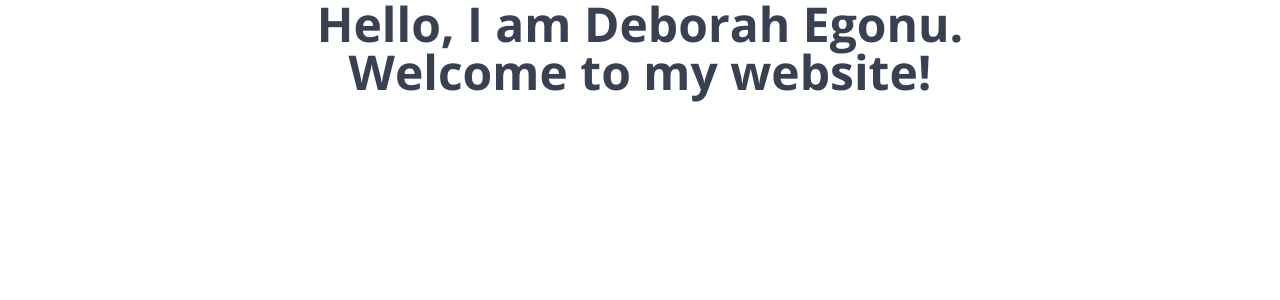
Repository: latenightsnacc/codewithdeb
Page: index.html
The author's editor kept a copy of each file at every save. The page is drawn from the files as they stood at one save, then again after the next save.
The browser window is 1280 px wide. The pictures show the whole page.

Above is the page before, as saved 2021-06-07 10:27:28.

### index.html
<!DOCTYPE html>
<html lang="en">
<head>
    <meta charset="UTF-8">
    <meta http-equiv="X-UA-Compatible" content="IE=edge">
    <meta name="viewport" content="width=device-width, initial-scale=1.0">
    <!--TAILWIND CDN-->
    <link href="https://unpkg.com/tailwindcss@^2/dist/tailwind.min.css" rel="stylesheet">
    <!--BOOTSTRAP CDN-->
    <link href="https://cdn.jsdelivr.net/npm/bootstrap@5.0.1/dist/css/bootstrap.min.css" rel="stylesheet" integrity="sha384-+0n0xVW2eSR5OomGNYDnhzAbDsOXxcvSN1TPprVMTNDbiYZCxYbOOl7+AMvyTG2x" crossorigin="anonymous">
    <!--Page Title-->
    <title>HOME - DEBORAH EGONU</title>
    <style>
        @import url('https://fonts.googleapis.com/css2?family=Open+Sans:wght@300;400;600;700;800&display=swap');
        body, h1 {
            font-family: 'Open Sans', sans-serif;
        }
    </style>
</head>
<body>
    <div class="container">
        <h1 class="text-center text-xl lg:text-5xl text-gray-700 font-bold">Hello, I am Deborah Egonu.
            <br/> Welcome to my website! </h1>
    </div>

</body>
</html>

After the next save:
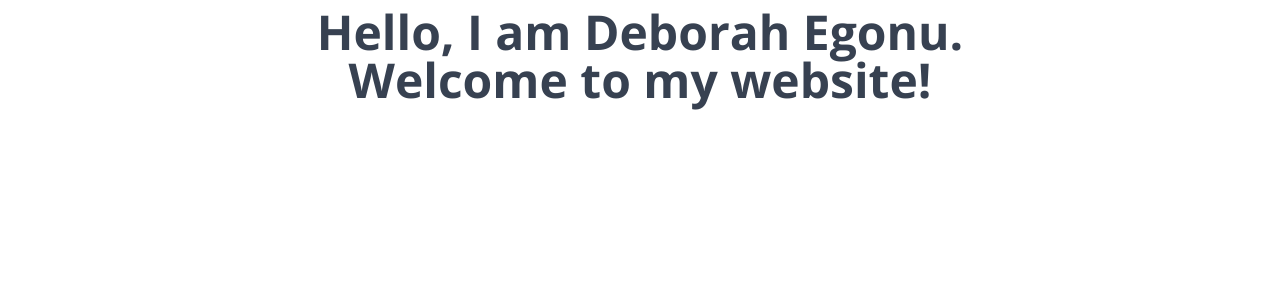
Saved 29 s later.
--- a/index.html
+++ b/index.html
@@ -19,7 +19,7 @@
 </head>
 <body>
     <div class="container">
-        <h1 class="text-center text-xl lg:text-5xl text-gray-700 font-bold">Hello, I am Deborah Egonu.
+        <h1 class="text-center text-xl lg:text-5xl text-gray-700 font-bold py-2">Hello, I am Deborah Egonu.
             <br/> Welcome to my website! </h1>
     </div>
 
